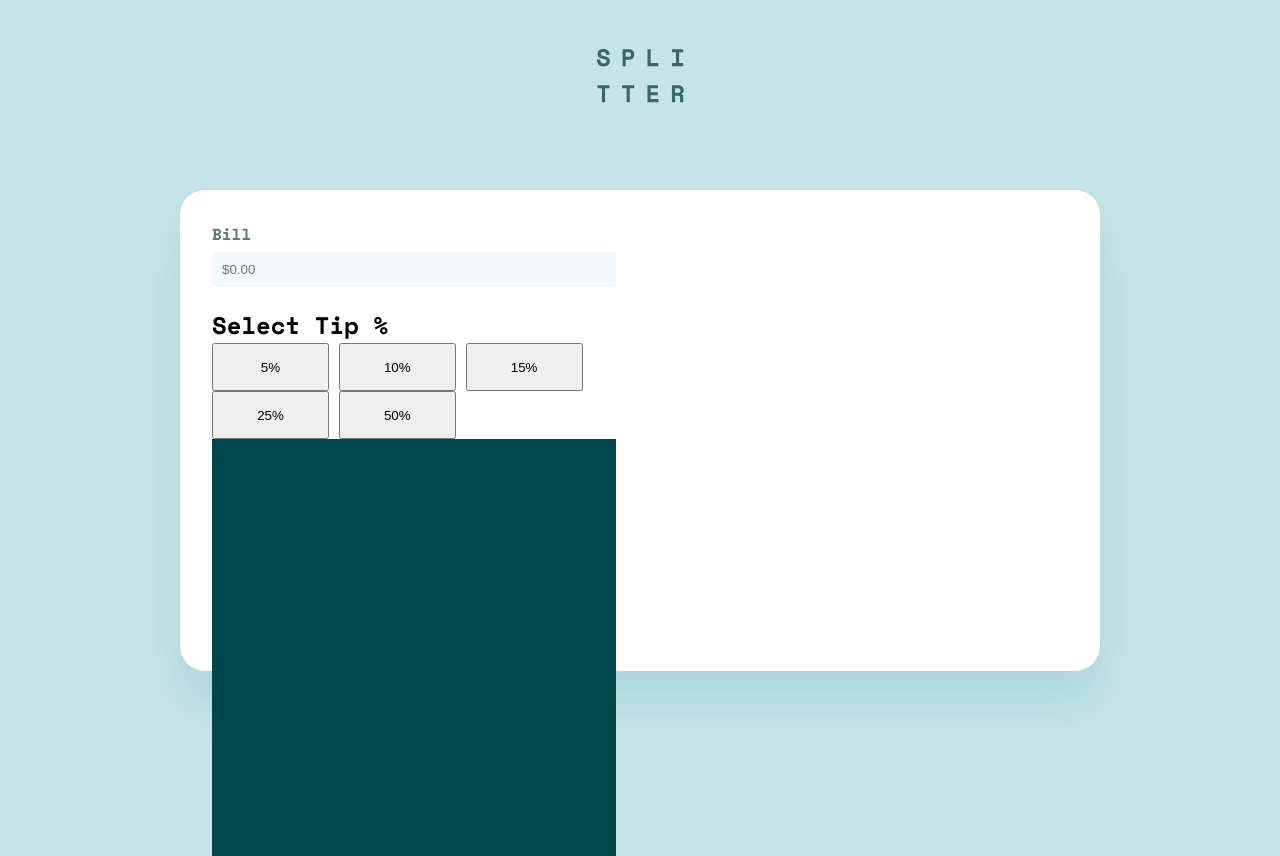
Repository: brandontaylor1/splitter
Page: index.html
The author's editor kept a copy of each file at every save. The page is drawn from the files as they stood at one save, then again after a run of saves.
The browser window is 1280 px wide. The pictures show the whole page.

Above is the page before, as saved 2025-02-05 21:40:58.

After the next 2 saves:
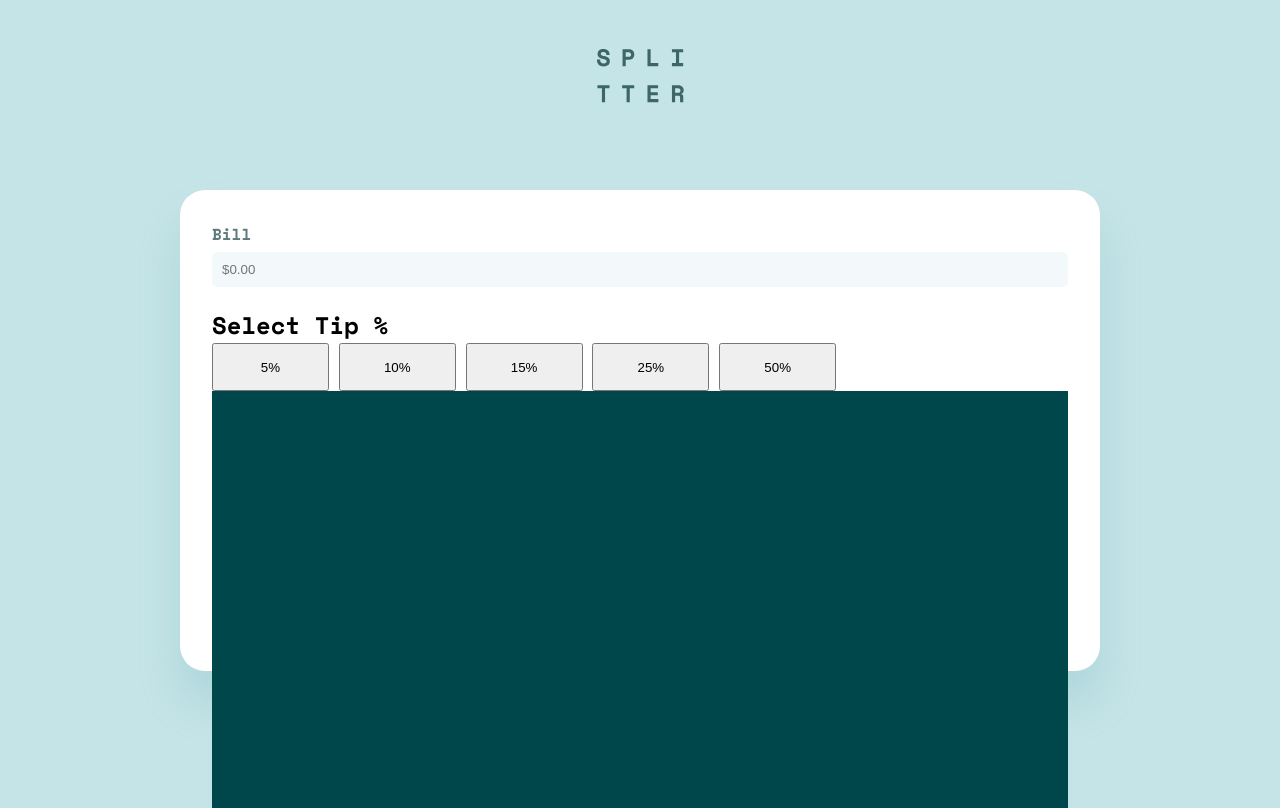
The 2 saves are shown as one change because they came seconds apart.
The last was saved 6 s later.
--- a/styles.css
+++ b/styles.css
@@ -63,10 +63,8 @@
     height: 481px;
     border-radius: 25px;
     box-shadow: 0px 32px 43px 0px rgba(79, 166, 175, 0.20);
-    display: grid;
+    display: ;
     gap: 48px;
-    grid-template-columns: 1fr 1fr;
-    grid-template-rows: auto;
     padding: 32px;
 }
 

After the 4 saves that followed:
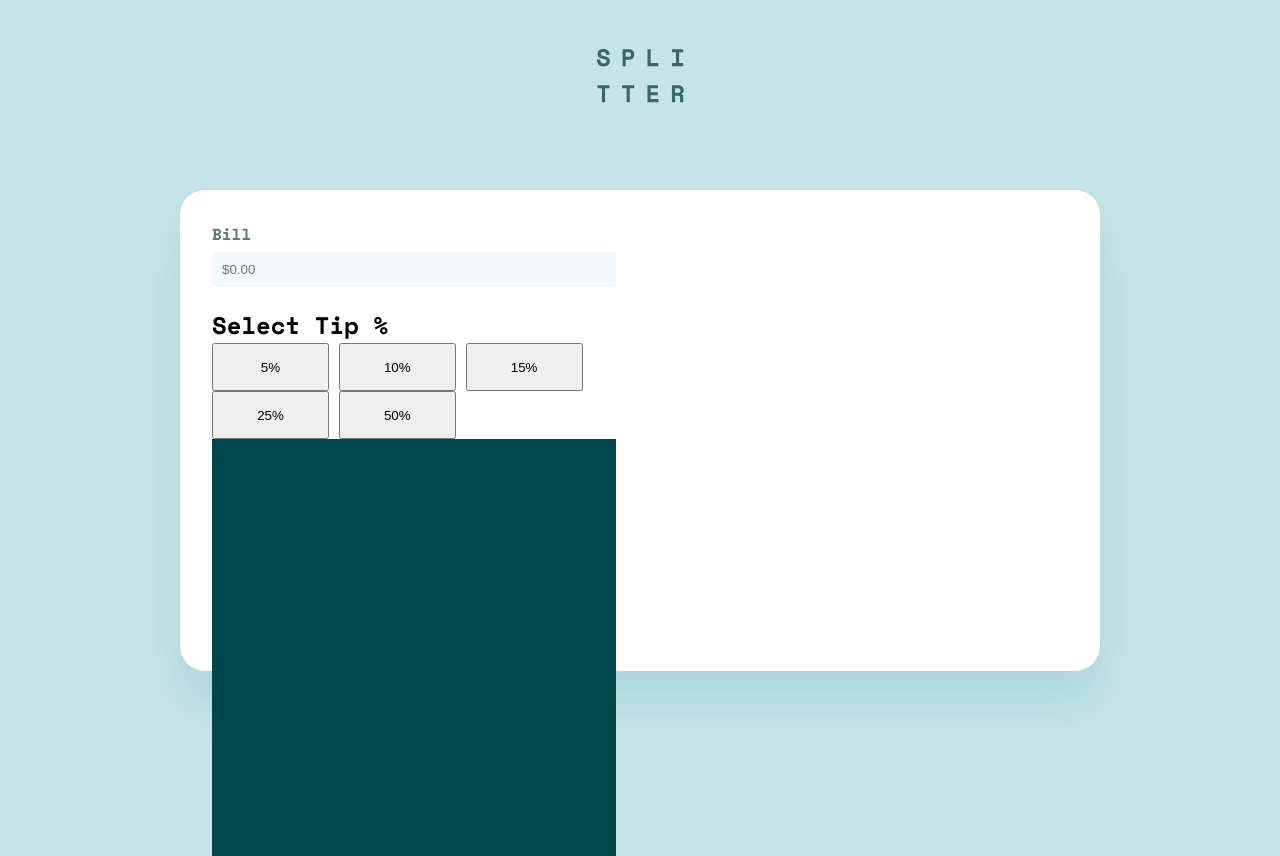
The 4 saves are shown as one change because 1 left the picture as it was and some came seconds apart.
The last was saved 18 s later.
--- a/styles.css
+++ b/styles.css
@@ -63,8 +63,10 @@
     height: 481px;
     border-radius: 25px;
     box-shadow: 0px 32px 43px 0px rgba(79, 166, 175, 0.20);
-    display: ;
+    display: grid;
     gap: 48px;
+    grid-template-columns: 1fr 1fr;
+    grid-template-rows: auto;
     padding: 32px;
 }
 
